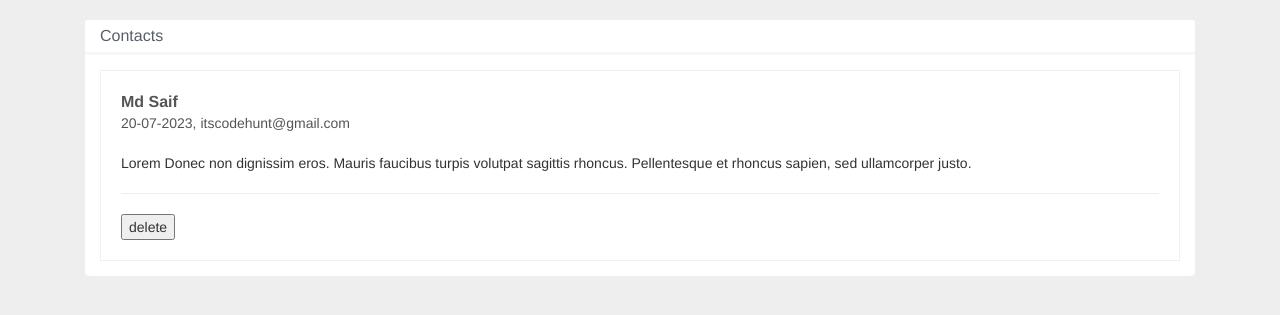
Repository: Tanmay-Kayande/Myportfolio
Page: http://localhost/myproject/read-message.jsp
These files come from the project's save history. The page is drawn as it stood at one moment and after the next save; the edit follows.
The browser window is 1280 px wide. The pictures show the whole page.
Some icons come from a web library that is not loaded, so they are not drawn. Some web libraries are served in a nearby version. The page is served by Tomcat 9. The session is filled in as if someone had signed in: {"login": "exist"}.

Above is the page before, as saved 2024-01-18 14:18:52.

After the next save:
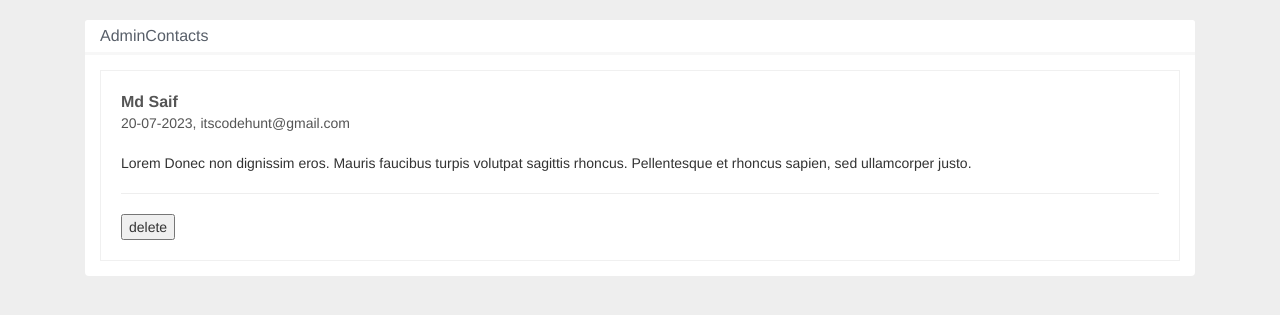
Saved 9 min 23 s later.
--- a/myproject/src/main/webapp/read-message.jsp
+++ b/myproject/src/main/webapp/read-message.jsp
@@ -1,10 +1,10 @@
+
 <%
-	String value = (String)session.getAttribute("login");
-	if(value == null)
-	{
-		response.sendRedirect("login.jsp");
-		return;
-	}
+String value = (String) session.getAttribute("login");
+if (value == null) {
+	response.sendRedirect("login.jsp");
+	return;
+}
 %>
 
 
@@ -113,15 +113,19 @@ body {
 	margin-right: 5px;
 }
 </style>
-	<link
-		href="//maxcdn.bootstrapcdn.com/font-awesome/4.3.0/css/font-awesome.min.css"
-		rel="stylesheet">
+<link
+	href="//maxcdn.bootstrapcdn.com/font-awesome/4.3.0/css/font-awesome.min.css"
+	rel="stylesheet">
 </head>
 <body>
 	<div class="container profile">
 		<div class="col-md-12">
 			<div class="panel panel-profile">
 				<div class="panel-heading overflow-h">
+					<h2 class="panel-title heading-sm pull-left">
+						<i></i><a href="admin.jsp">Admin</a>
+					</h2>
+
 					<h2 class="panel-title heading-sm pull-left">
 						<i></i>Contacts
 					</h2>
@@ -131,15 +135,14 @@ body {
 					<div class="row">
 
 
-					<!-- LOOP -->
+						<!-- LOOP -->
 
 						<div class="col-sm-12">
 							<div class="profile-blog blog-border">
 
 								<div class="name-location">
-									<strong>Md Saif</strong> <span><i
-						            ></i><a href="#">20-07-2023,</a> <a
-										href="#">itscodehunt@gmail.com</a></span>
+									<strong>Md Saif</strong> <span><i></i><a
+										href="#">20-07-2023,</a> <a href="#">itscodehunt@gmail.com</a></span>
 								</div>
 								<div class="clearfix margin-bottom-20"></div>
 								<p>Lorem Donec non dignissim eros. Mauris faucibus turpis
@@ -147,25 +150,23 @@ body {
 									ullamcorper justo.</p>
 								<hr>
 								<script type="text/javascript">
-								   function ensure() {
-									   if( confirm("ARE YOU SURE!!!"))
-									   {
-										   return true;
-									   }
-									   else
-									   {
-										   return false;
-									   }
-								    }
+									function ensure() {
+										if (confirm("ARE YOU SURE!!!")) {
+											return true;
+										} else {
+											return false;
+										}
+									}
 								</script>
 								<form action="" method="get" onsubmit="return ensure()">
-								   <input type="hidden" name="sn" value="12">
-								   <button >delete</button>
+									<input type="hidden" name="sn" value="12">
+									<button>delete</button>
 								</form>
-							</div><i class="fa-sharp fa-regular fa-calendar-days"></i>
+							</div>
+							<i class="fa-sharp fa-regular fa-calendar-days"></i>
 						</div>
 
-				    <!-- LOOP -->
+						<!-- LOOP -->
 
 					</div>
 				</div>
